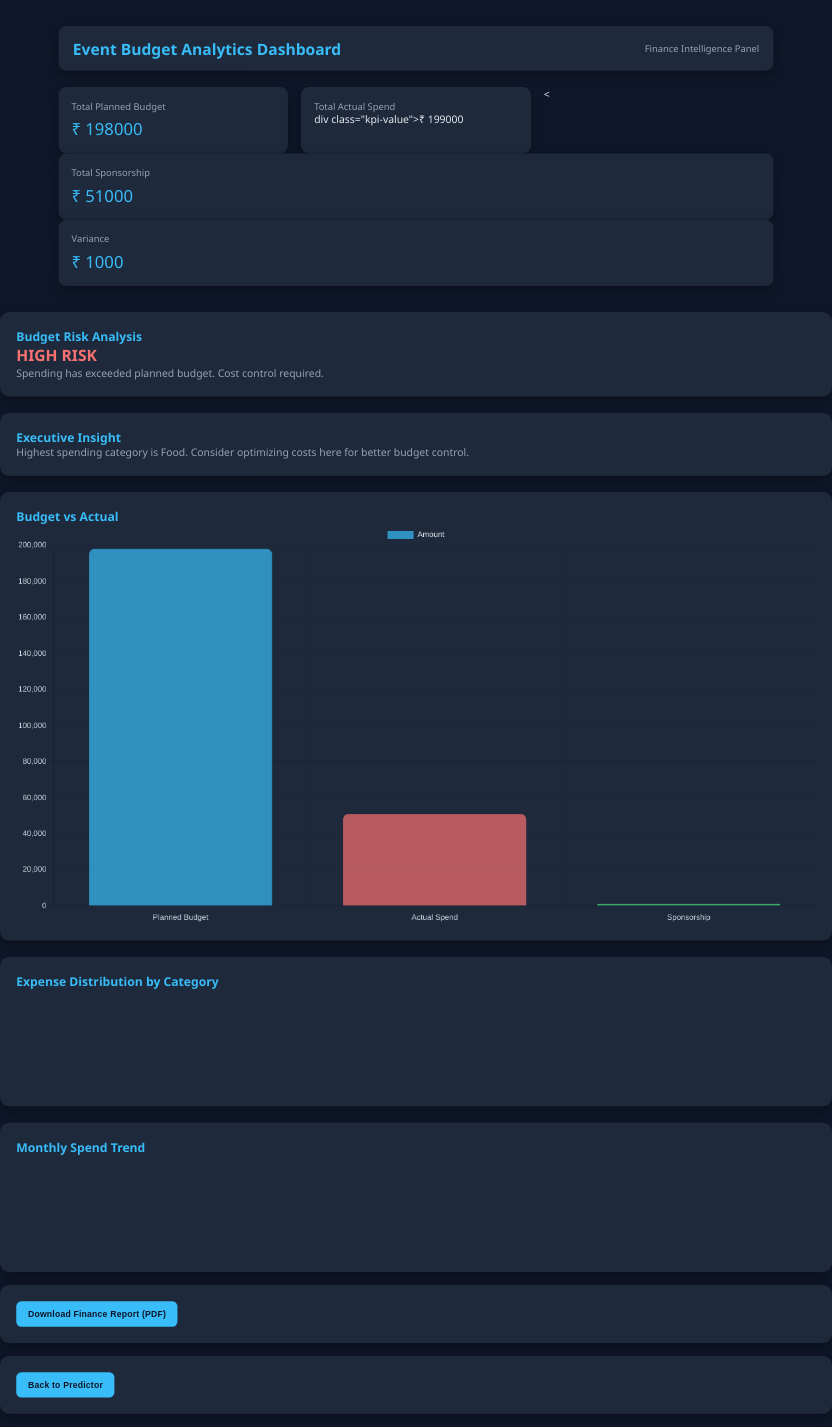
Repository: PratapOP/event-budget-analytics
Page: http://localhost/dashboard
The author's editor kept a copy of each file at every save. The page is drawn from the files as they stood at one save, then again after the next save.
The browser window is 1280 px wide. The pictures show the whole page, at 65% of full size.
The page is served by the project's application, run on Flask 3 (app.py).

Above is the page before, as saved 2026-02-21 05:16:51.
Console error: ReferenceError: categoryLabels is not defined

After the next save:
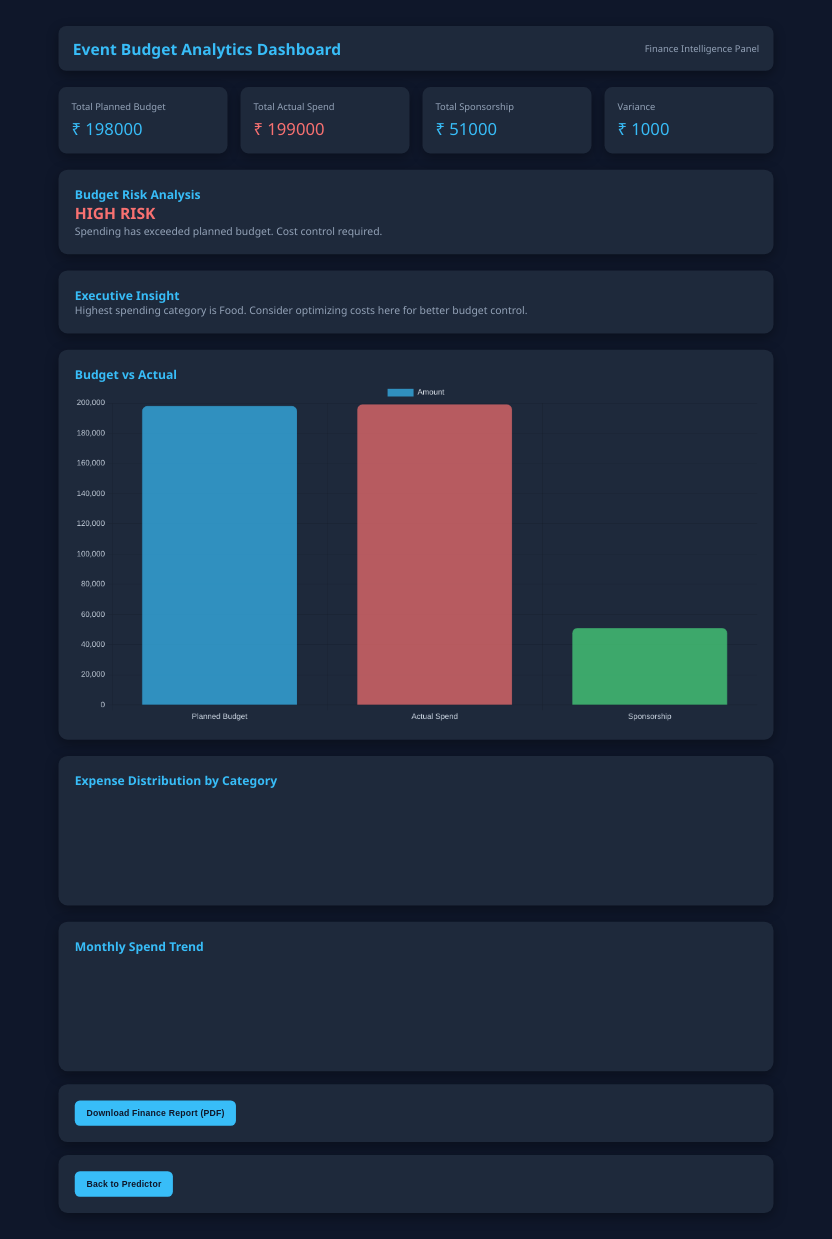
Saved 7 s later.
--- a/templates/dashboard.html
+++ b/templates/dashboard.html
@@ -24,7 +24,9 @@
 
         <div class="kpi-card">
             <div class="kpi-title">Total Actual Spend</div>
-            div class="kpi-value">₹ {{ actual }}</div><
+            <div class="kpi-value" style="color:#f87171;">
+₹ {{ actual }}
+</div>
         </div>
 
         <div class="kpi-card">
